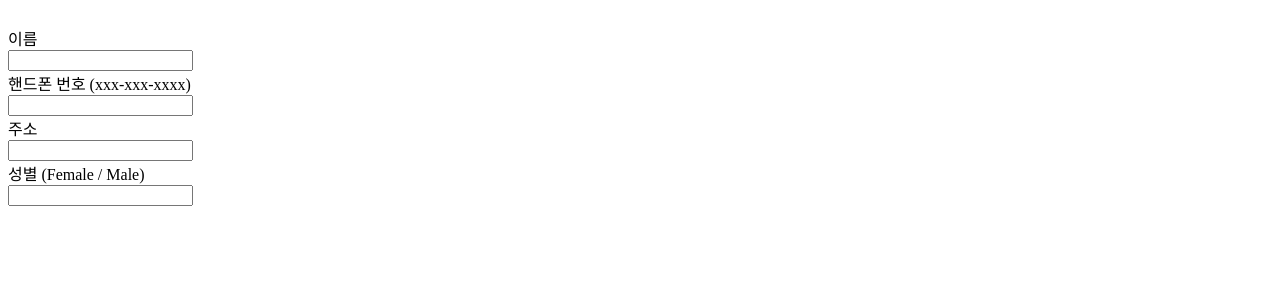
Repository: hm-park-dev/db-hw-project
Page: http://localhost/dbhw/Main/customerInput.jsp
The author's editor kept a copy of each file at every save. The page is drawn from the files as they stood at one save, then again after the next save.
The browser window is 1280 px wide. The pictures show the whole page.
The page is served by Tomcat 9.

Above is the page before, as saved 2020-12-24 08:45:23.

After the next save:
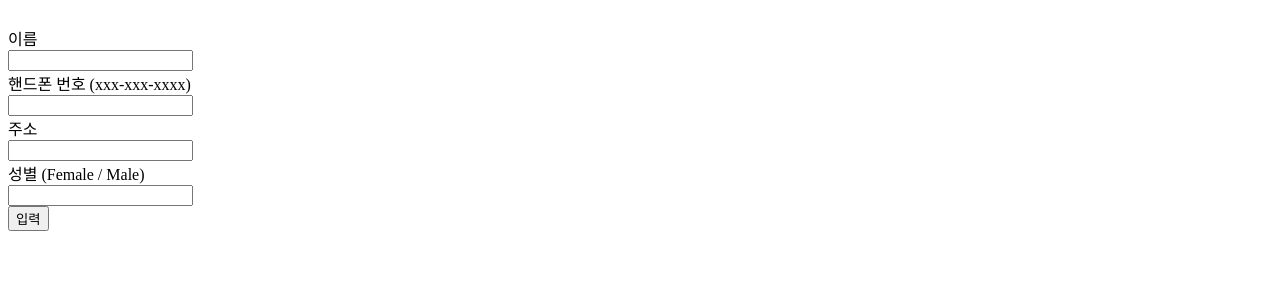
Saved 66 s later.
--- a/dbhw/WebContent/Main/customerInput.jsp
+++ b/dbhw/WebContent/Main/customerInput.jsp
@@ -24,6 +24,8 @@
 		성별 (Female / Male)
 		<br>
 		<input type="text" name="customerGender">
+		<br>
+		<input type="submit" value="입력" id="customerInsert">
 	</form>
 </body>
 </html>
